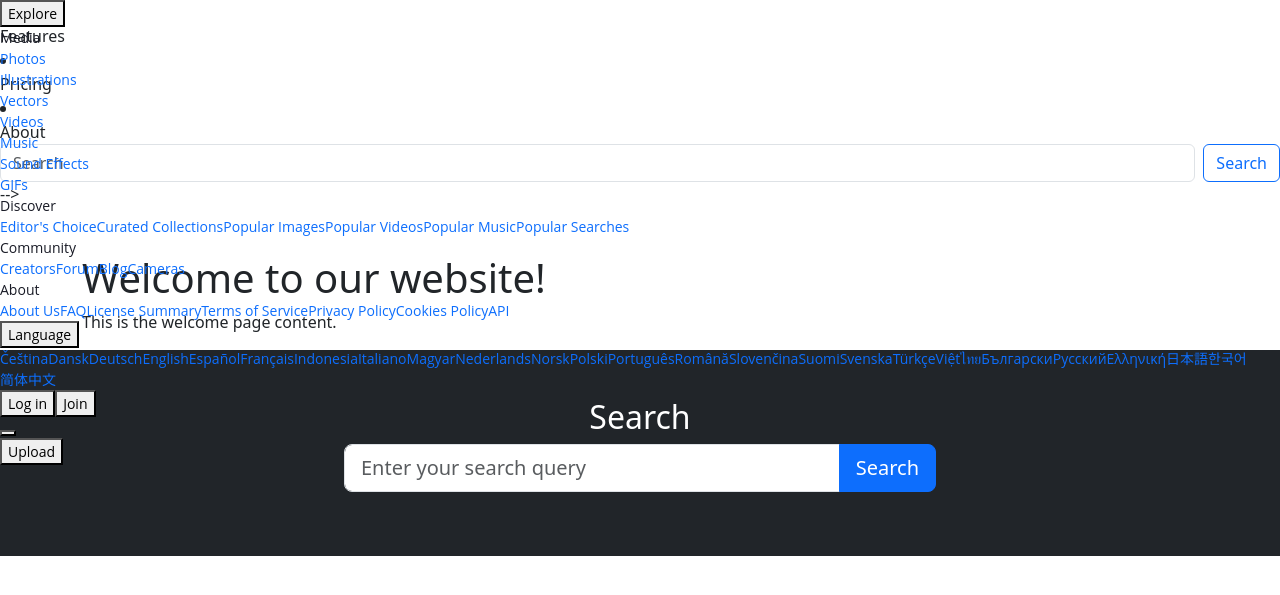
Repository: gyfffffff/meishimeike_test
Page: meishimeike/hello.html
The author's editor kept a copy of each file at every save. The page is drawn from the files as they stood at one save, then again after the next save.
The browser window is 1280 px wide. The pictures show the whole page.

Above is the page before, as saved 2023-07-13 11:21:17.

After the next save:
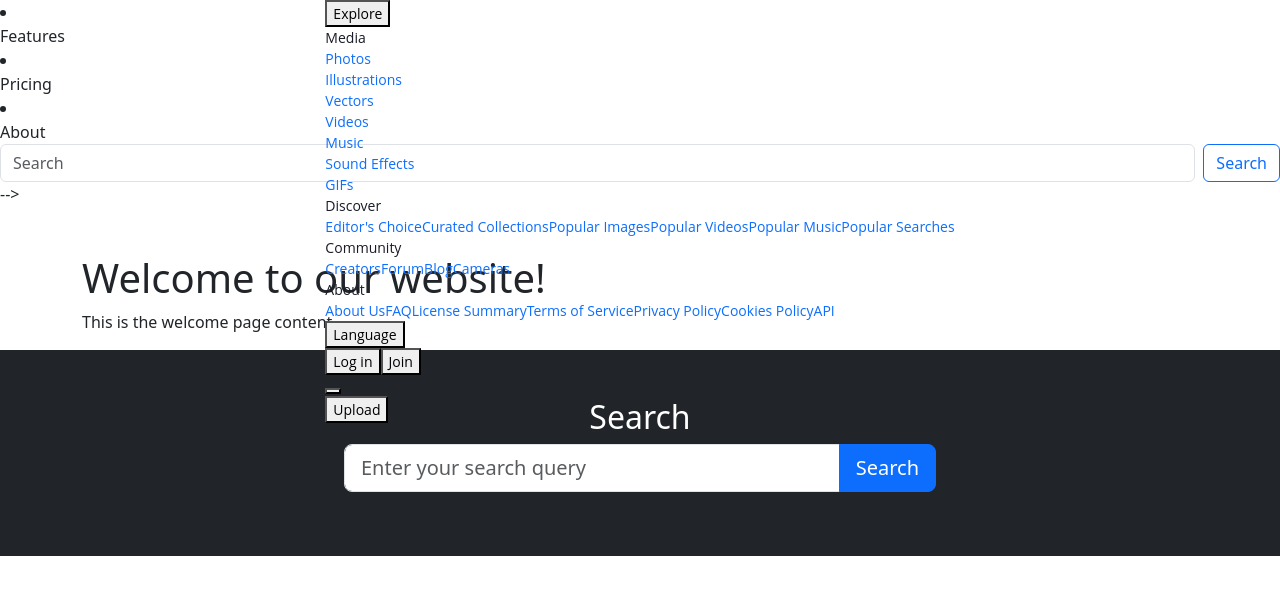
Saved 30 s later.
--- a/meishimeike/hello.html
+++ b/meishimeike/hello.html
@@ -149,7 +149,7 @@
                                                                 </div>
                                                             </div>
                                                         </span></button></div>
-                                                <div class="dropdown--QzC2F dark--pbGst left--mbCrK hidden--Q5vOS">
+                                                <!-- <div class="dropdown--QzC2F dark--pbGst left--mbCrK hidden--Q5vOS">
                                                     <div class="languageMenuContainer--jy7WL"><a
                                                             class="dropdownMenuItem--yZ9j-"
                                                             href="https://pixabay.com/cs/"><label>Čeština</label></a><a
@@ -203,7 +203,7 @@
                                                             href="https://pixabay.com/ko/"><label>한국어</label></a><a
                                                             class="dropdownMenuItem--yZ9j-"
                                                             href="https://pixabay.com/zh/"><label>简体中文</label></a></div>
-                                                </div>
+                                                </div> -->
                                             </div>
                                         </div>
                                     </div>
